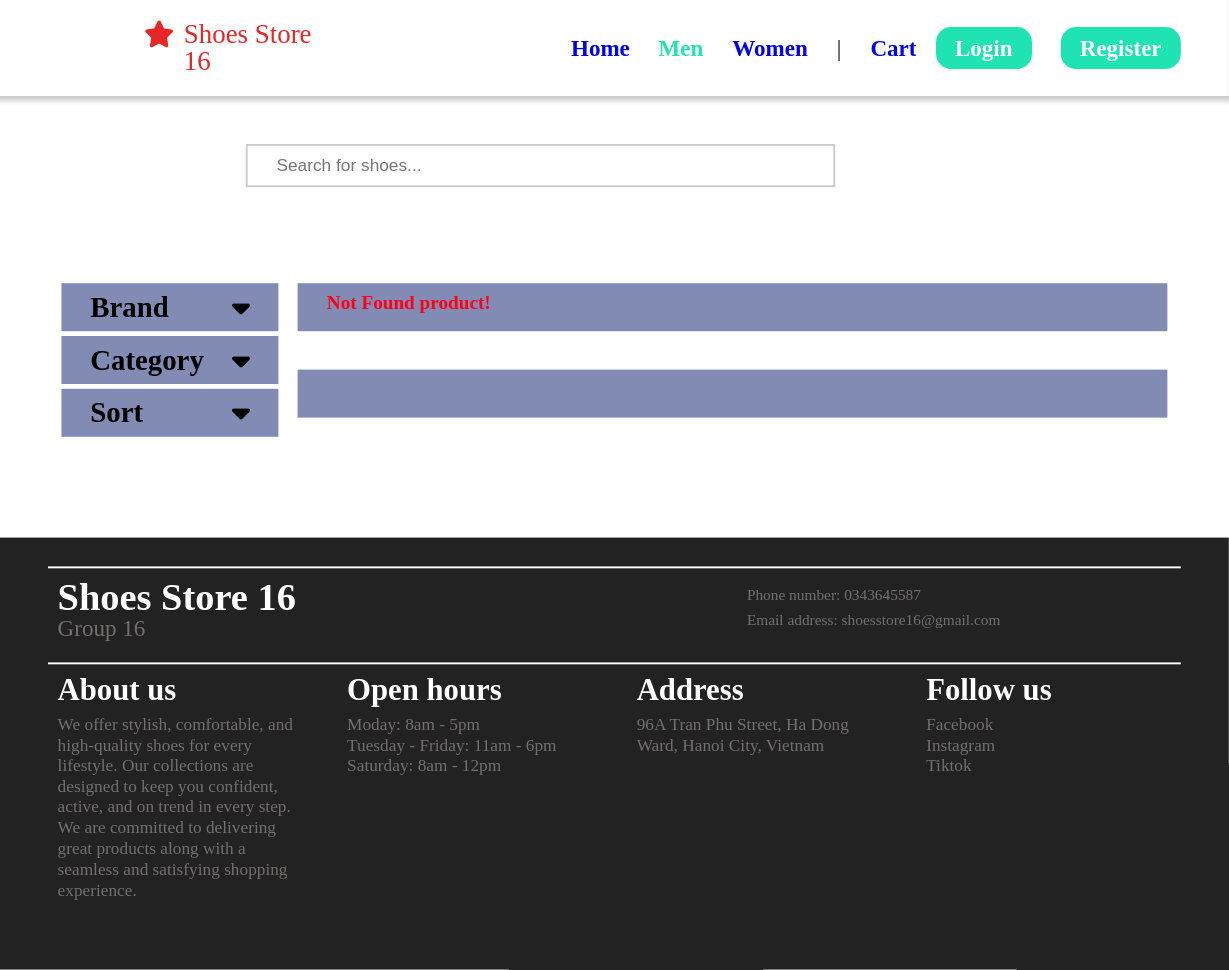
Repository: Trung0810/btl_cnpm_fe
Page: /men
These files come from the project's save history. The page is drawn as it stood at one moment and after the next save; the edit follows.
The browser window is 1280 px wide. The pictures show the whole page, at 96% of full size.
The page's requests for data from a server got no answer. The project was rebuilt for these pictures with package versions that can differ from the ones it lists, and the page was loaded fresh each time. No one was signed in, and anything a server would have sent is missing. Also part of the build but not shown: src/components/shoes_list/ShoesCard.css, src/components/shoes_list/ShoesCard.js, src/components/overlay/Overlay.css, src/components/overlay/Overlay.js, src/components/popup/AddToCartFormPopup.css, src/components/popup/AddToCartFormPopup.js, src/components/shoes_list/ShoesList.css, src/components/shoes_list/ShoesList.js and 43 more.

Above is the page before, as saved 2026-04-21 08:25:06.

After the next save:
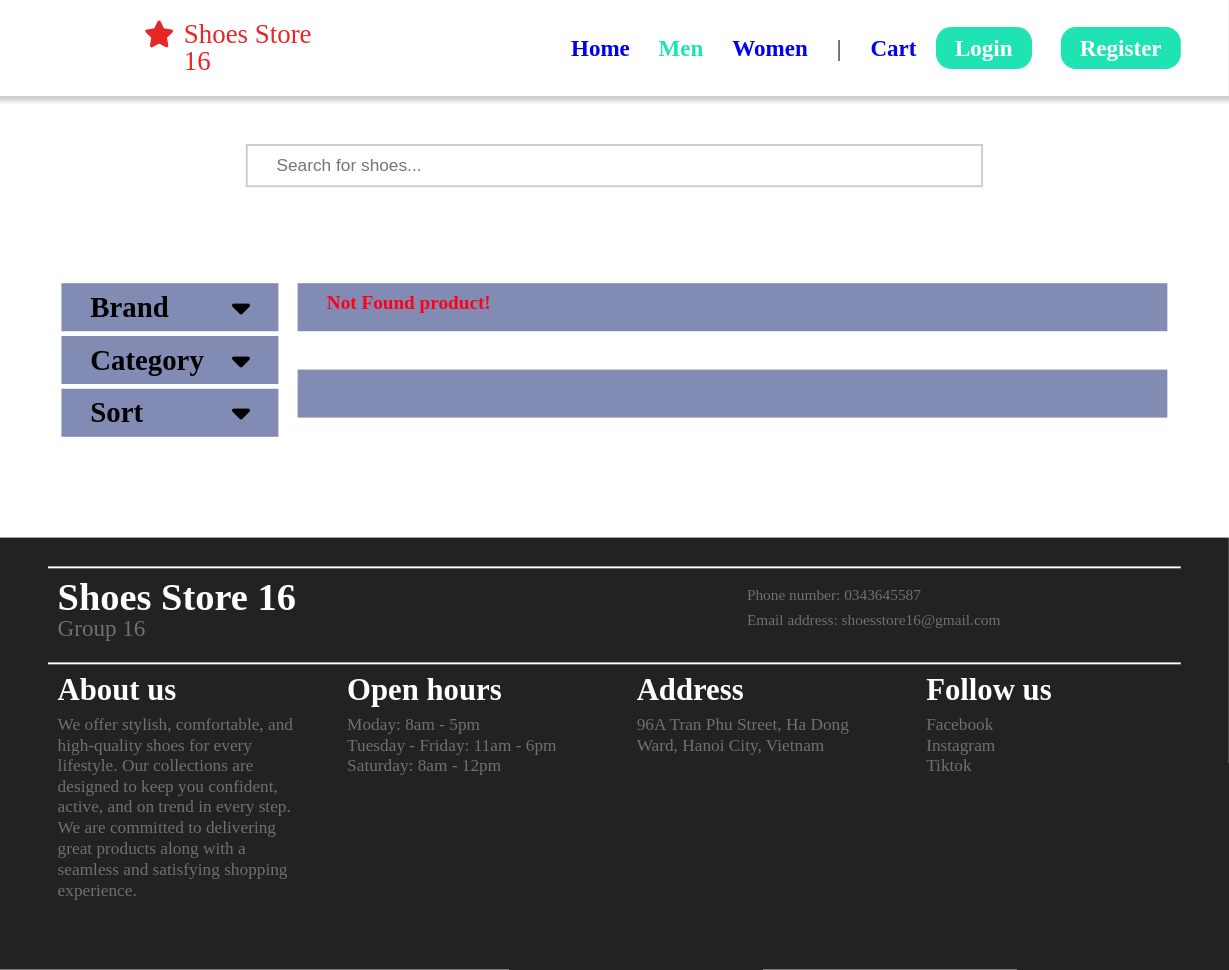
Saved 5 s later.
--- a/src/components/search/Search.css
+++ b/src/components/search/Search.css
@@ -8,7 +8,7 @@
 .search-input {
   display: block;
   min-width: 80%;
-  max-width: 100%;
+  width: 100%;
   font-size: 18px;
   padding: 10px 30px;
   border-radius: 0;

After the save that followed:
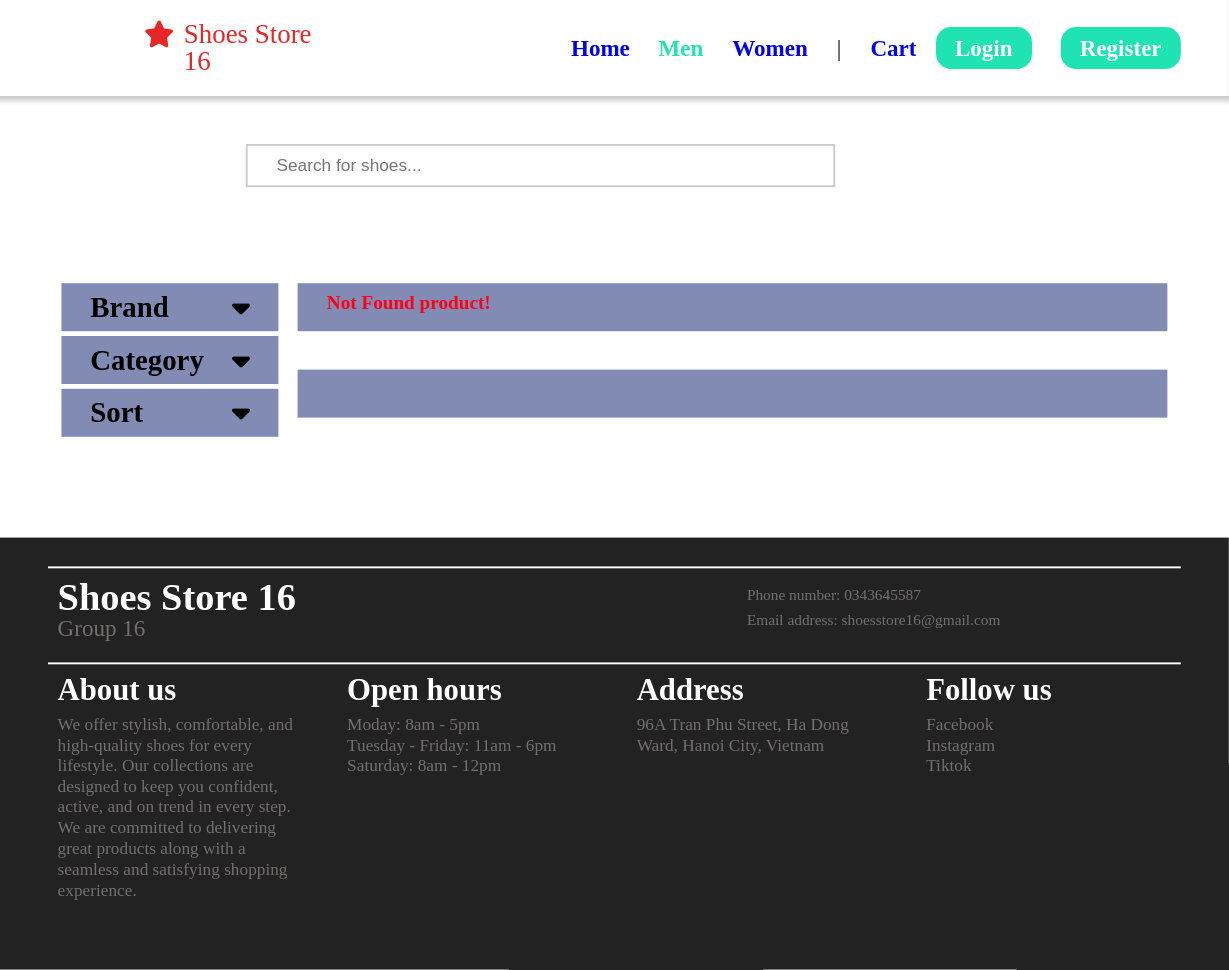
Saved 7 s later.
--- a/src/components/search/Search.css
+++ b/src/components/search/Search.css
@@ -8,7 +8,6 @@
 .search-input {
   display: block;
   min-width: 80%;
-  width: 100%;
   font-size: 18px;
   padding: 10px 30px;
   border-radius: 0;
